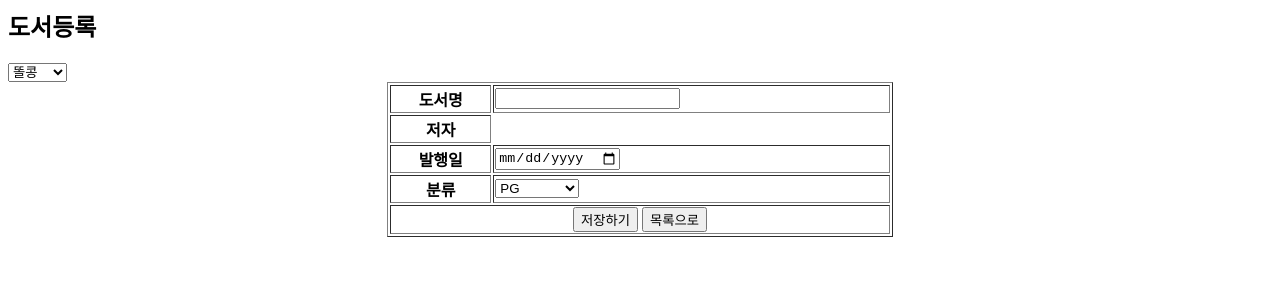
Repository: Mildous/HKIT-BackendClass
Page: http://localhost/jspTest/BookInfo/insert_sub.jsp
An editor plug-in stored every save of this project. The page is shown before and after the next save, followed by the edit.
The browser window is 1280 px wide. The pictures show the whole page.
The page is served by Tomcat 9. Other server files are loaded and not shown.

Above is the page before, as saved 2022-08-16 08:06:36.

### workspace/jsp/jspTest/WebContent/BookInfo/insert_sub.jsp
<%@ page language="java" contentType="text/html; charset=UTF-8"
    pageEncoding="UTF-8"%>

<h2>도서등록</h2>

<form name="DirForm">
<table border="1" width="40%" align="center">
	<tr>
		<th>도서명</th>
		<td><input type="text" name="subject" id="subject"></td>
	</tr>
	<tr>
		<th>저자</th>
		<!-- <td><input type="text" name="authorNo" id="authorNo"></td> -->
		<select name="authorNo">
				<option value="1">똘콩</option>
				<option value="2">진이</option>
				<option value="3">길동이</option>
		</select>
	</tr>
	<tr>
		<th>발행일</th>
		<td><input type="date" name="created" id="created"></td>
	</tr>
	<tr>
		<th>분류</th>
		<!--  <td><input type="text" name="profileNo" id="profileNo"></td> -->
		<td>
			<select name="profileNo">
				<option value="1">PG</option>
				<option value="2">프로그램</option>
				<option value="3">프로그래밍</option>
			</select>
		</td>
	</tr>
	<tr>
		<td colspan="2" align="center">
			<button type="button" onClick="formSubmit();">저장하기</button>
			<button type="button" onClick="location.href='list.jsp';">목록으로</button>
		</td>
	</tr>
</table>
</form>

<script>
function formSubmit() {
	if(confirm('저장할까요?')) {
		document.DirForm.action = "insertProc.jsp";
		document.DirForm.method = "post";
		document.DirForm.submit();
	}
}
</script>

After the next save:
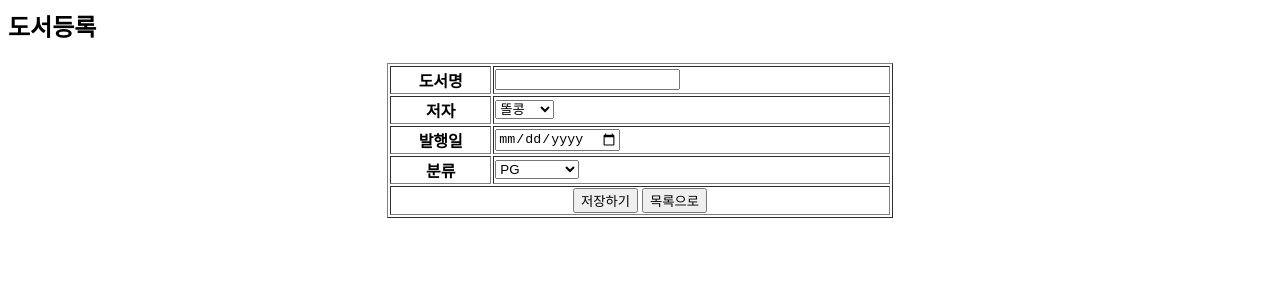
Saved 39 s later.
--- a/workspace/jsp/jspTest/WebContent/BookInfo/insert_sub.jsp
+++ b/workspace/jsp/jspTest/WebContent/BookInfo/insert_sub.jsp
@@ -12,11 +12,13 @@
 	<tr>
 		<th>저자</th>
 		<!-- <td><input type="text" name="authorNo" id="authorNo"></td> -->
-		<select name="authorNo">
+		<td>
+			<select name="authorNo">
 				<option value="1">똘콩</option>
 				<option value="2">진이</option>
 				<option value="3">길동이</option>
-		</select>
+			</select>
+		</td>
 	</tr>
 	<tr>
 		<th>발행일</th>
